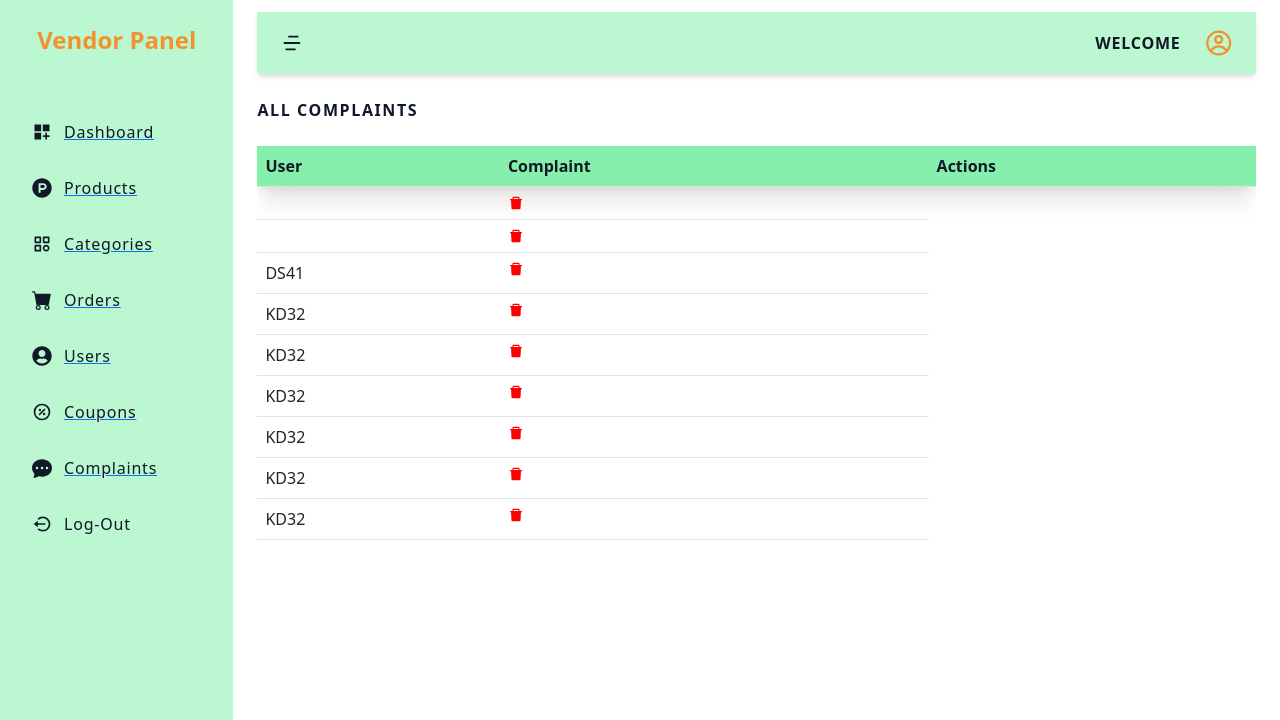
Repository: FlyweisReact/JitenderAdminPanel
Page: /chat
These files come from the project's save history. The page is drawn as it stood at one moment and after the next save; the edit follows.
The browser window is 1280 px wide. The pictures show the whole page.
The project was rebuilt for these pictures with package versions that can differ from the ones it lists, and the page was loaded fresh each time. Also part of the build but not shown: src/components/forms/Login.jsx, src/components/pages/Dashboard.jsx, src/components/vendorPanel/components/layout/Navbar.jsx, src/components/vendorPanel/components/layout/Sidebar.jsx, src/components/vendorPanel/components/layout/HOC.jsx, src/components/vendorPanel/components/pages/Message/Message.js, src/components/pages/UserKundli/UserKundli.jsx, src/components/pages/discount/Discount.jsx and 18 more.

Above is the page before, as saved 2022-11-05 17:05:08.

After the next save:
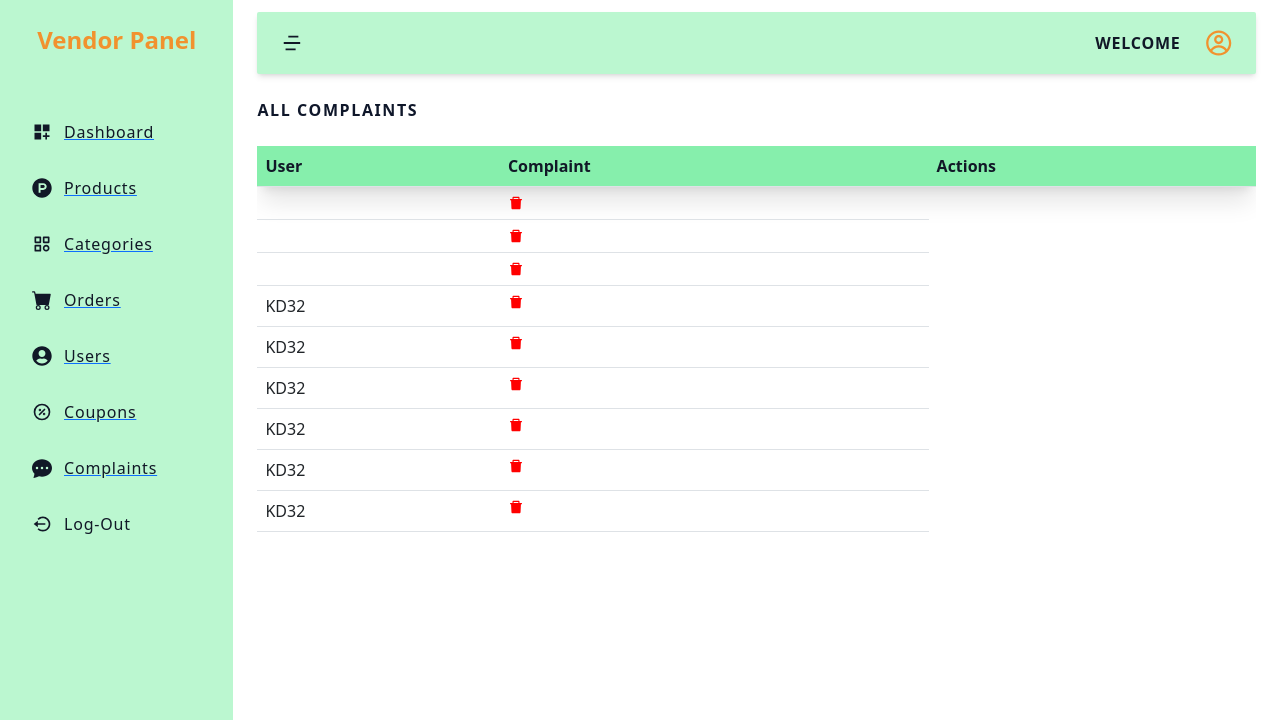
Saved 5 s later.
--- a/src/components/pages/reactChat/Chat.js
+++ b/src/components/pages/reactChat/Chat.js
@@ -22,11 +22,8 @@ const products = [
     com : "Lorem Ipsum is simply dummy text of the printing and typesetting industry. Lorem Ipsum has been the industry's standard dummy text ever since the 1500s, when an unknown printer took a galley of type and scrambled it to make a type specimen book. It has survived not only five centuries, but also the leap into electronic typesetting, remaining essentially unchanged. It was popularised in the 1960s with the release of Letraset sheets containing Lorem Ipsum passages, and more recently with desktop publishing software like Aldus PageMaker including versions of Lorem Ipsum."
   },
   {
-    code: "DS41",
-    ActivationDate: "01/10/2022",
-    Expirydate: "10/10/2032",
-    discount: "54",
-    minOrder: "300",
+    user : 'User1' ,
+    com : "Lorem Ipsum is simply dummy text of the printing and typesetting industry. Lorem Ipsum has been the industry's standard dummy text ever since the 1500s, when an unknown printer took a galley of type and scrambled it to make a type specimen book. It has survived not only five centuries, but also the leap into electronic typesetting, remaining essentially unchanged. It was popularised in the 1960s with the release of Letraset sheets containing Lorem Ipsum passages, and more recently with desktop publishing software like Aldus PageMaker including versions of Lorem Ipsum."
   },
 
   {
